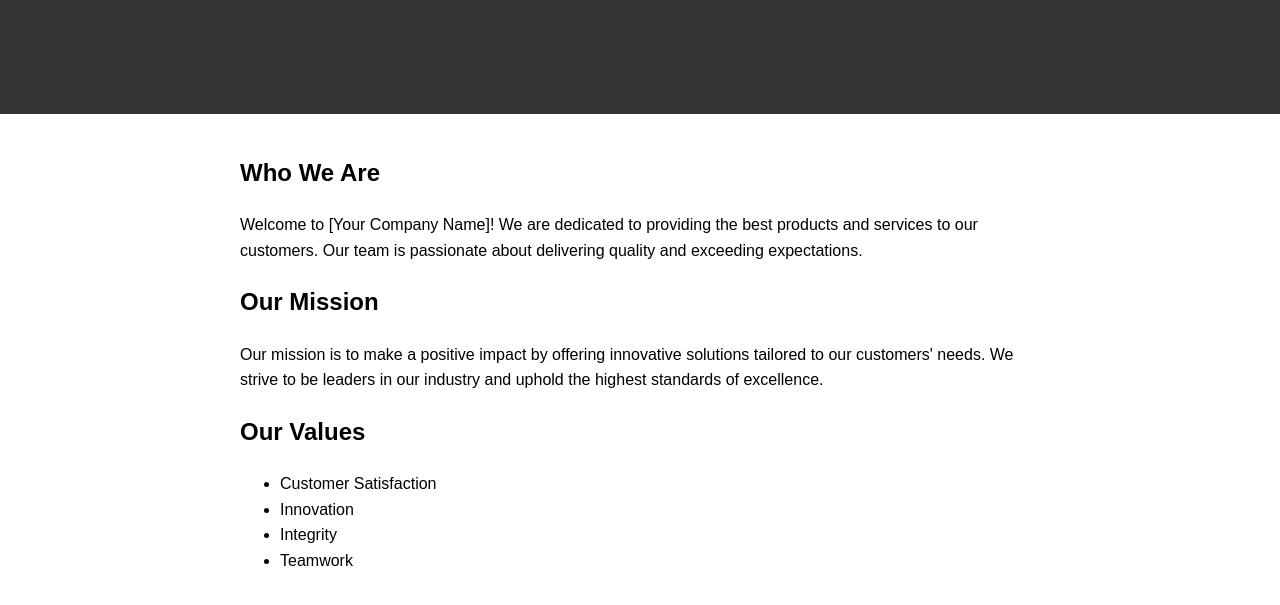
Repository: swathi731/myproject
Page: http://localhost/Aboutus
These files come from the project's save history. The page is drawn as it stood at one moment and after the next save; the edit follows.
The browser window is 1280 px wide. The pictures show the whole page.
The page is this project's Thymeleaf template; nobody is signed in. The template is opened directly, without the code that normally fills it, so the values that code supplies are empty.

Above is the page before, as saved 2024-12-19 09:57:29.

### Springbootmvc-product/src/main/resources/templates/Aboutus.html
<!DOCTYPE html>
<html>
<head>
    <title>About Us</title>
    <style>
        body {
            font-family: Arial, sans-serif;
            margin: 0;
            padding: 0;
            line-height: 1.6;
        }
        header {
            background: #333;
            color: #fff;
            padding: 10px 0;
            text-align: center;
        }
        .container {
            padding: 20px;
            max-width: 800px;
            margin: 0 auto;
        }
        h1 {
            color: #333;
        }
        p {
            margin: 10px 0;
        }
    </style>
</head>
<body>
    <header>
        <h1>About Us</h1>
    </header>
    <div class="container">
        <h2>Who We Are</h2>
        <p>
            Welcome to [Your Company Name]! We are dedicated to providing the best products and services to our customers. Our team is passionate about delivering quality and exceeding expectations.
        </p>

        <h2>Our Mission</h2>
        <p>
            Our mission is to make a positive impact by offering innovative solutions tailored to our customers' needs. We strive to be leaders in our industry and uphold the highest standards of excellence.
        </p>

        <h2>Our Values</h2>
        <ul>
            <li>Customer Satisfaction</li>
            <li>Innovation</li>
            <li>Integrity</li>
            <li>Teamwork</li>
        </ul>
    </div>
</body>
</html>

After the next save:
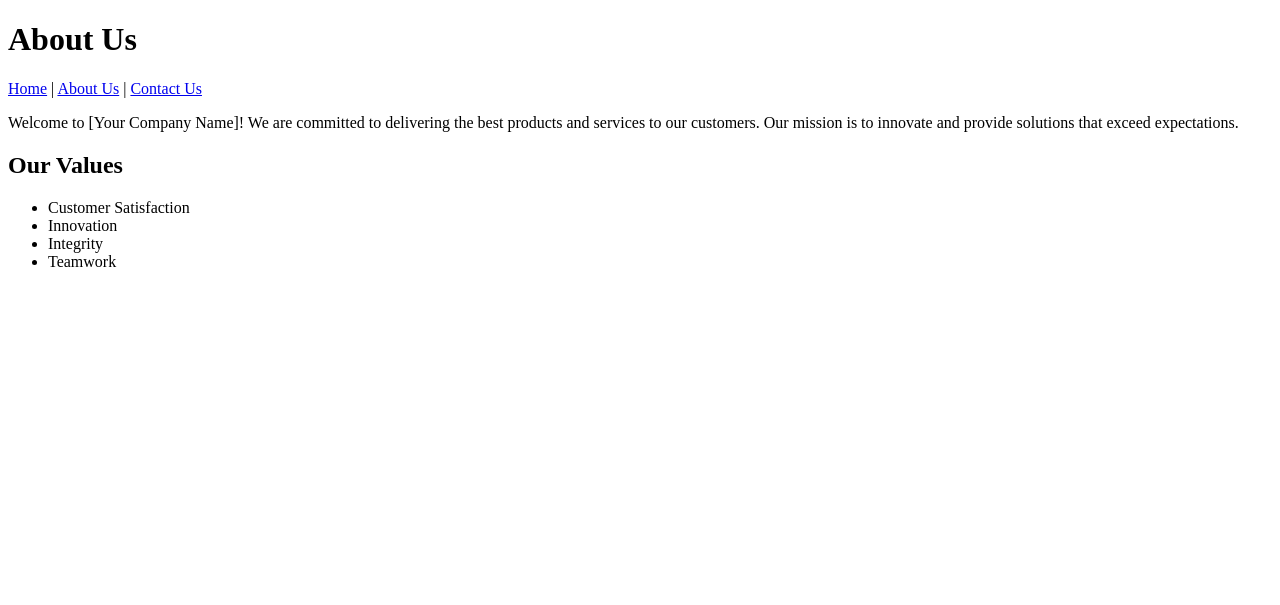
Saved 3 min 50 s later.
--- a/Springbootmvc-product/src/main/resources/templates/Aboutus.html
+++ b/Springbootmvc-product/src/main/resources/templates/Aboutus.html
@@ -1,48 +1,22 @@
 <!DOCTYPE html>
-<html>
+<html xmlns:th="https://www.thymeleaf.org">
 <head>
-    <title>About Us</title>
-    <style>
-        body {
-            font-family: Arial, sans-serif;
-            margin: 0;
-            padding: 0;
-            line-height: 1.6;
-        }
-        header {
-            background: #333;
-            color: #fff;
-            padding: 10px 0;
-            text-align: center;
-        }
-        .container {
-            padding: 20px;
-            max-width: 800px;
-            margin: 0 auto;
-        }
-        h1 {
-            color: #333;
-        }
-        p {
-            margin: 10px 0;
-        }
-    </style>
+    <title>About Us - Our Company</title>
 </head>
 <body>
     <header>
         <h1>About Us</h1>
     </header>
-    <div class="container">
-        <h2>Who We Are</h2>
+    <nav>
+        <a href="home.html">Home</a> |
+        <a href="about.html">About Us</a> |
+        <a href="contact.html">Contact Us</a>
+    </nav>
+    <div>
         <p>
-            Welcome to [Your Company Name]! We are dedicated to providing the best products and services to our customers. Our team is passionate about delivering quality and exceeding expectations.
+            Welcome to [Your Company Name]! We are committed to delivering the best products and services to our customers.
+            Our mission is to innovate and provide solutions that exceed expectations.
         </p>
-
-        <h2>Our Mission</h2>
-        <p>
-            Our mission is to make a positive impact by offering innovative solutions tailored to our customers' needs. We strive to be leaders in our industry and uphold the highest standards of excellence.
-        </p>
-
         <h2>Our Values</h2>
         <ul>
             <li>Customer Satisfaction</li>
